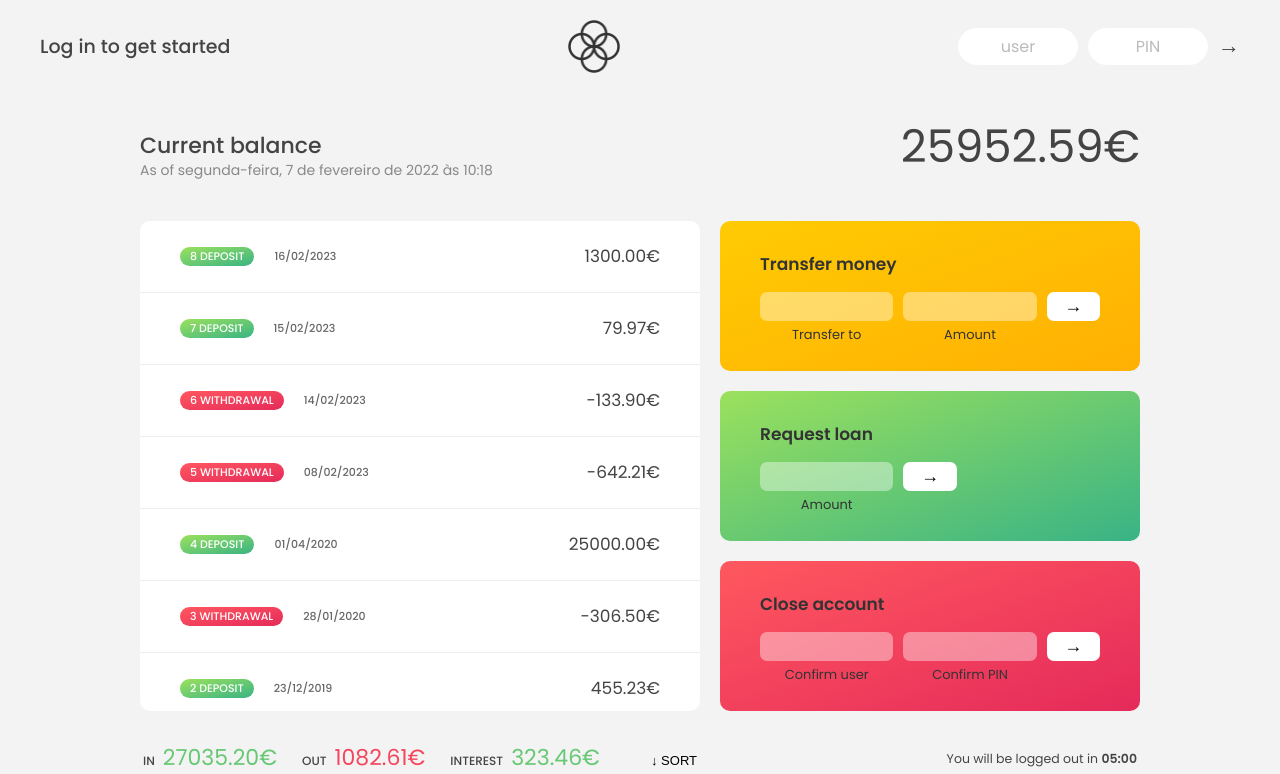
Repository: otvertka/jsc_12
Page: index.html
These files come from the project's save history. The page is drawn as it stood at one moment and after the next save; the edit follows.
The browser window is 1280 px wide. The pictures show the whole page.
An inner scrolling area shows only its first screen.

Above is the page before, as saved 2023-02-17 13:05:35.

After the next save:
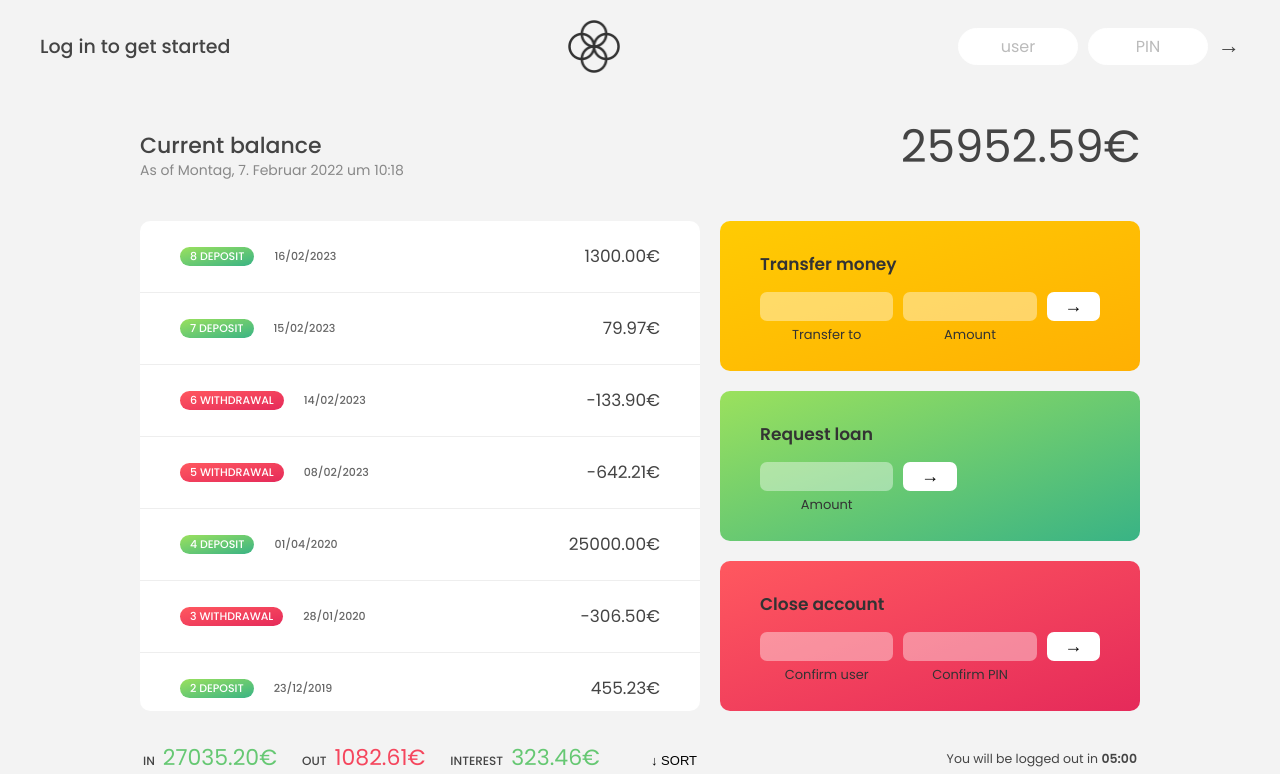
Saved 14 s later.
--- a/script.js
+++ b/script.js
@@ -194,7 +194,7 @@ const options = {
   year: 'numeric',
   weekday: 'long',
 };
-labelDate.textContent = new Intl.DateTimeFormat('pt-PT', options).format(now); // ПЕреводим в формат страны
+labelDate.textContent = new Intl.DateTimeFormat('de-DE', options).format(now); // ПЕреводим в формат страны
 
 btnLogin.addEventListener('click', function (e) {
   // Prevent form from submitting
